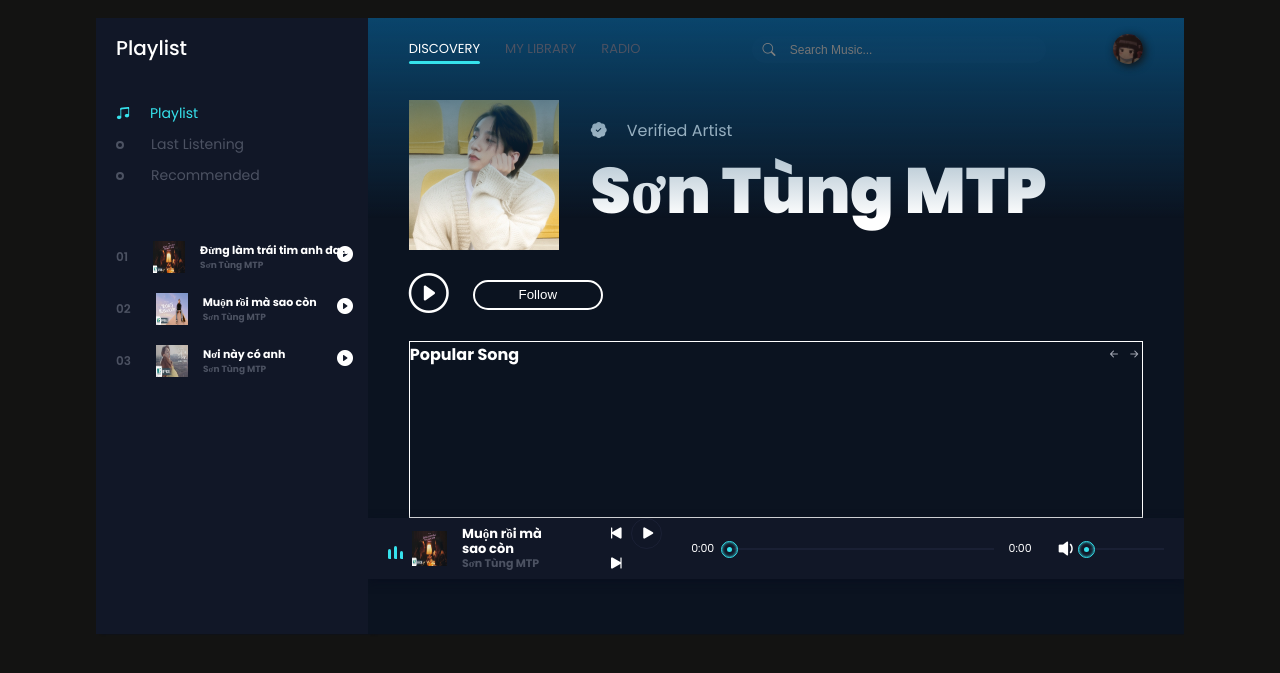
Repository: reminzuetto/Music-Website
Page: index.html
These files come from the project's save history. The page is drawn as it stood at one moment and after the next save; the edit follows.
The browser window is 1280 px wide. The pictures show the whole page.

Above is the page before, as saved 2024-06-11 04:05:01.

### index.html
<!DOCTYPE html>
<html lang="en">
  <head>
    <meta charset="UTF-8" />
    <meta name="viewport" content="width=device-width, initial-scale=1.0" />
    <link rel="stylesheet" href="./style.css" />
    <link
      rel="stylesheet"
      href="https://cdn.jsdelivr.net/npm/bootstrap-icons@1.11.3/font/bootstrap-icons.min.css"
    />
    <title>Music Website</title>
  </head>
  <body>
    <header>
      <div class="menu_side">
        <h1>Playlist</h1>
        <div class="playlist">
          <h4 class="active">
            <span></span><i class="bi bi-music-note-beamed"></i>Playlist
          </h4>
          <h4>
            <span></span><i class="bi bi-music-note-beamed"></i>Last Listening
          </h4>
          <h4>
            <span></span><i class="bi bi-music-note-beamed"></i>Recommended
          </h4>
        </div>
        <div class="menu_song">
          <li class="songItem">
            <span>01</span>
            <img
              src="./MusicThumbnail/DungLamTraiTimAnhDau.jpg"
              alt="DungLamTraiTimAnhDau"
            />
            <h5 class="subtitle">
              Đừng làm trái tim anh đau
              <div class="subtitle">Sơn Tùng MTP</div>
            </h5>
            <i class="bi bi-play-circle-fill"></i>
          </li>
          <li class="songItem">
            <span>02</span>
            <img
              src="./MusicThumbnail/MuonRoiMaSaoCon.jpg"
              alt="MuonRoiMaSaoCon"
            />
            <h5 class="subtitle">
              Muộn rồi mà sao còn
              <div class="subtitle">Sơn Tùng MTP</div>
            </h5>
            <i class="bi bi-play-circle-fill"></i>
          </li>
          <li class="songItem">
            <span>03</span>
            <img src="./MusicThumbnail/NoiNayCoAnh.jpg" alt="NoiNayCoAnh" />
            <h5 class="subtitle">
              Nơi này có anh
              <div class="subtitle">Sơn Tùng MTP</div>
            </h5>
            <i class="bi bi-play-circle-fill"></i>
          </li>
        </div>
      </div>
      <div class="song_side">
        <nav>
          <ul>
            <li>DISCOVERY<span></span></li>
            <li>MY LIBRARY</li>
            <li>RADIO</li>
          </ul>
          <div class="search">
            <i class="bi bi-search"></i>
            <input type="text" placeholder="Search Music..." />
          </div>
          <div class="user">
            <img src="./Picture/Ava.jpg" alt="User" title="Yuuto" />
          </div>
        </nav>
        <div class="content">
          <div class="artistInfos">
            <div class="artistPicture">
              <img src="./ArtistWallPaper/MTP.jpg" alt="" />
            </div>
            <div class="artistInfo">
              <div class="verifiedArtist">
                <i class="bi bi-patch-check-fill"></i>
                <p class="text">Verified Artist</p>
              </div>
              <h1>Sơn Tùng MTP</h1>
            </div>
          </div>
          <div class="buttons">
            <button class="play"><i class="bi bi-play-circle"></i></button>
            <button class="follow">Follow</button>
          </div>
        </div>
        <div class="popular_song">
          <div class="h4">
            <h4>Popular Song</h4>
            <div class="btn_s">
              <i class="bi bi-arrow-left-short"></i>
              <i class="bi bi-arrow-right-short"></i>
            </div>
          </div>
            <div class="pop_song">
        </div>
      </div>

      <div class="master_play">
        <div class="wave">
          <div class="wave1"></div>
          <div class="wave1"></div>
          <div class="wave1"></div>
        </div>
        <img
          src="./MusicThumbnail/DungLamTraiTimAnhDau.jpg"
          alt="DungLamTraiTimAnhDau"
        />
        <h5 class="subtitle">
          Muộn rồi mà sao còn
          <div class="subtitle">Sơn Tùng MTP</div>
        </h5>
        <div class="icon">
          <i class="bi bi-skip-start-fill"></i>
          <i class="bi bi-play-fill"></i>
          <i class="bi bi-skip-end-fill"> </i>
        </div>
        <span class="currentStart">0:00</span>
        <div class="bar">
          <input type="range" id="seek" min="0" value="0" max="100" />
          <div class="bar2"></div>
          <div class="dot"></div>
        </div>
        <span class="currentEnd">0:00</span>

        <div class="vol">
          <i class="bi bi-volume-down-fill"></i>
          <input type="range" id="seek" min="0" value="0" max="100" />
          <div class="vol_bar"></div>
          <div class="dot"></div>
        </div>
      </div>
    </header>
    <script src="./main.js"></script>
  </body>
</html>

### style.css
@import url("https://fonts.googleapis.com/css2?family=Poppins:ital,wght@0,100;0,200;0,300;0,400;0,500;0,600;0,700;0,800;0,900;1,100;1,200;1,300;1,400;1,500;1,600;1,700;1,800;1,900&display=swap");
* {
  padding: 0%;
  margin: 0%;
  box-sizing: border-box;
}

body {
  width: 100%;
  height: 100vh;
  background-color: #131312;
  font-family: "Poppins", "sans-serif";
  display: flex;
  align-items: center;
  justify-content: center;
}

header {
  width: 85%;
  height: 95%;
  /* border: 1px solid #fff; */
  display: flex;
  flex-wrap: wrap;
  overflow: hidden;
}

header .menu_side,
.song_side {
  position: relative;
  width: 25%;
  height: 90%;
  /* border: 1px solid #fff; */
  background-color: #111727;
  box-shadow: 5px 0px 2px #090f1f;
  color: #fff;
}

header .song_side {
  width: 75%;
  background: #0b1320;
}

header .master_play {
  width: 100%;
  height: 10%;
  background: #111727;
  box-shadow: 0px 3px 8px #090f1f;
}

header .menu_side h1 {
  font-size: 20px;
  margin: 15px 0px 0px 20px;
  font-weight: 500;
}

header .menu_side .playlist {
  margin: 40px 0px 0px 20px;
}
header .menu_side .playlist h4 {
  font-size: 14px;
  font-weight: 400;
  padding-bottom: 10px;
  color: #4c5262;
  cursor: pointer;
  display: flex;
  align-items: center;
  transition: 0.3 linear;
}

header .menu_side .playlist h4:hover {
  color: #fff;
}
header .menu_side .playlist h4 span {
  position: relative;
  margin-right: 35px;
}
header .menu_side .playlist h4 span::before {
  content: "";
  position: absolute;
  width: 4px;
  height: 4px;
  border: 2px solid #4c5262;
  border-radius: 50%;
  top: -4px;
  transition: 0.3s linear;
}

header .menu_side .playlist h4:hover span::before:hover {
  border: 2px solid #fff;
}

header .menu_side .playlist h4 .bi {
  display: none;
}

header .menu_side .playlist .active {
  color: #36e2ec;
}

header .menu_side .playlist .active span {
  display: none;
}

header .menu_side .playlist .active .bi {
  display: block;
  margin-right: 20px;
}

header .menu_side .menu_song {
  width: 100%;
  height: 320px;
  /* border: 1px solid #fff; */
  margin-top: 40px;
}
header .menu_side .menu_song li {
  position: relative;
  list-style: none;
  padding: 5px 0px 5px 20px;
  margin-bottom: 10px;
  cursor: pointer;
  transition: 0.3s linear;
  display: flex;
  align-items: center;
}
header .menu_side .menu_song li:hover {
  background: rgb(105, 105, 170, 0.1);
}
header .menu_side .menu_song li span {
  font-size: 12px;
  font-weight: 600;
  color: #4c5262;
}
header .menu_side .menu_song li img {
  width: 32px;
  height: 32px;
  margin-left: 25px;
}

header .menu_side .menu_song li h5 {
  font-size: 11px;
  margin-left: 15px;
}

header .menu_side .menu_song li h5 .subtitle {
  font-size: 9px;
  color: #4c5262;
}

header .menu_side .menu_song li .bi {
  position: absolute;
  right: 15px;
  top: 6px;
}

header .master_play {
  display: flex;
  align-items: center;
  padding: 0 20px;
}

header .master_play .wave {
  width: 30px;
  height: 30px;
  padding-bottom: 5px;
  display: flex;
  align-items: flex-end;
}

header .master_play .wave .wave1 {
  width: 3px;
  height: 10px;
  margin-right: 3px;
  border-radius: 10px 10px 0 10px;
  background: #36e2ec;
  animation: unset;
}

header .master_play .wave .wave1:nth-child(2) {
  /* animation-delay: 0.4s; */
  height: 13px;
}

header .master_play .wave .wave1:nth-child(3) {
  /* animation-delay: 0.8s; */
  height: 8px;
}

/* javascript wave animation class */
header .master_play .active2 .wave1 {
  animation: wave 0.5s linear infinite;
}

header .master_play .active2 .wave1:nth-child(2) {
  animation-delay: 0.4s;
}

header .master_play .active2 .wave1:nth-child(3) {
  animation-delay: 0.8s;
}
@keyframes wave {
  0% {
    height: 10px;
  }
  50% {
    height: 15px;
  }
  100% {
    height: 10px;
  }
}

header .master_play img {
  width: 35px;
  height: 35px;
}

header .master_play h5 {
  width: 130px;
  font-size: 13px;
  margin-left: 15px;
  color: #fff;
  line-height: 15px;
}

header .master_play h5 .subtitle {
  font-size: 11px;
  color: #4c5262;
}

header .master_play .icon {
  font-size: 20px;
  color: #fff;
  margin: 0 20px 0 40px;
}

header .master_play .icon .bi {
  cursor: pointer;
  outline: none;
}

header .master_play .icon .bi:nth-child(2) {
  border: 1px solid rgb(105, 105, 170, 0.1);
  border-radius: 50%;
  padding: 1px 3px 0px 6px;
  transition: 0.3 linear;
}

header .master_play span {
  width: 32px;
  font-size: 11px;
  font-weight: 400;
  color: #fff;
}

header .master_play #currentStart {
  margin: 0 0 0 20px;
}

header .master_play .bar {
  position: relative;
  width: 43%;
  height: 2px;
  background: rgb(105, 105, 170, 0.1);
  margin: 0 15px 0 10px;
}

header .master_play .bar .bar2 {
  position: absolute;
  background: #36e2ec;
  width: 0%;
  height: 100%;
  top: 0;
}

header .master_play .bar .dot {
  position: absolute;
  width: 5px;
  height: 5px;
  background: #36e2ec;
  border-radius: 50%;
  left: 0%;
  top: -1px;
  transition: 1s linear;
}

header .master_play .bar .dot::before {
  content: "";
  position: absolute;
  width: 15px;
  height: 15px;
  border: 1px solid #36e2ec;
  border-radius: 50%;
  left: -6px;
  top: -6px;
  box-shadow: inset 0 0 3px #36e2ec;
}

header .master_play .bar input {
  position: absolute;
  width: 100%;
  top: -6px;
  left: 0;
  cursor: pointer;
  z-index: 999999;
  opacity: 0;
}

header .master_play .vol {
  position: relative;
  width: 100px;
  height: 2px;
  margin-left: 50px;
  background-color: rgb(105, 105, 170, 0.1);
}

header .master_play .vol .bi {
  position: absolute;
  color: #fff;
  font-size: 25px;
  top: -17px;
  left: -30px;
}

header .master_play .vol input {
  position: absolute;
  width: 100%;
  top: -6px;
  left: 0;
  cursor: pointer;
  z-index: 999999;
  opacity: 0;
}

header .master_play .vol .bar2 {
  position: absolute;
  background: #36e2ec;
  width: 0%;
  height: 100%;
  top: 0;
}

header .master_play .vol .dot {
  position: absolute;
  width: 5px;
  height: 5px;
  background: #36e2ec;
  border-radius: 50%;
  left: 0%;
  top: -1px;
  transition: 1s linear;
}

header .master_play .vol .dot::before {
  content: "";
  position: absolute;
  width: 15px;
  height: 15px;
  border: 1px solid #36e2ec;
  border-radius: 50%;
  left: -6px;
  top: -6px;
  box-shadow: inset 0 0 3px #36e2ec;
}

header .song_side {
  z-index: 2;
  overflow: auto;
}

header .song_side::before {
  content: "";
  position: absolute;
  width: 100%;
  height: 200px;
  margin: 0;
  text-align: center;
  line-height: 200px;
  color: white;
  font-size: 24px;
  background: linear-gradient(
    to bottom,
    rgb(10, 69, 108),
    rgba(52, 152, 219, 0)
  );
}

header .song_side nav {
  width: 90%;
  height: 10%;
  margin: auto;
  /* border: 1px solid #fff; */
  display: flex;
  align-items: center;
  justify-content: space-between;
}

header .song_side nav ul {
  display: flex;
}

header .song_side nav ul li {
  position: relative;
  list-style-type: none;
  font-size: 13px;
  color: #4c5262;
  margin-right: 25px;
  cursor: pointer;
  transition: 0.3 linear;
}

header .song_side nav ul li:hover {
  color: #fff;
}

header .song_side nav ul li:nth-child(1) {
  color: #fff;
}

header .song_side nav ul li span {
  position: absolute;
  width: 100%;
  height: 2.5px;
  background: #36e2ec;
  bottom: -5px;
  left: 0;
  border-radius: 20px;
}

header .song_side nav .search {
  position: relative;
  width: 40%;
  padding: 1px 10px;
  border-radius: 20px;
  color: gray;
}

header .song_side nav .search::before {
  content: "";
  position: absolute;
  width: 100%;
  height: 100%;
  border-radius: 20px;
  background: rgb(105, 105, 170, 0.1);
  backdrop-filter: blur(5px);
  z-index: -1;
}

header .song_side nav .search .bi {
  font-size: 13px;
  padding: 3px 0 0 10px;
}

header .song_side nav .search input {
  background: none;
  border: none;
  outline: none;
  padding: 0 10px;
  color: #fff;
  font-size: 12px;
}

header .song_side nav .user {
  position: relative;
  width: 30px;
  height: 30px;
  border-radius: 50%;
  cursor: pointer;
}

header .song_side nav .user img {
  position: absolute;
  width: 100%;
  height: 100%;
  border-radius: 50%;
  box-shadow: 2px 2px 8px #131312;
}

header .song_side .content {
  width: 90%;
  height: 40%;
  margin: auto;
  /* border: 1px solid #fff; */
  padding-top: 20px;
}

header .song_side .content .artistInfos {
  display: flex;
  align-items: center;
}

header .song_side .content .artistInfos .artistPicture img {
  width: 150px;
  height: 150px;
  margin-right: 2rem;
}

header .song_side .content .artistInfos .artistInfo {
  display: flex;
  flex-direction: column;
}

header .song_side .content .artistInfos .artistInfo .verifiedArtist {
  display: flex;
  align-items: center;
}

header .song_side .content .verifiedArtist .text {
  padding-left: 20px;
}

header .song_side .content h1 {
  font-size: 4rem;
  font-weight: 900;
}

header .song_side .content .buttons {
  position: relative;
  margin-top: 15px;
}

header .song_side .content .buttons .play {
  padding: 0;
  position: absolute;
  background: none;
  color: #fff;
  outline: none;
  font-size: 40px;
  border: none;
}

header .song_side .content .buttons .follow {
  position: absolute;
  width: 130px;
  height: 30px;
  border: 2px solid #fff;
  outline: none;
  border-radius: 20px;
  background: none;
  color: #fff;
  left: 4rem;
  top: 0.5rem;
}

header .song_side .content .buttons .play:hover {
  font-size: 45px;
  top: -0.1rem;
  left: -0.1rem;
}

header .song_side .content .buttons .follow:hover {
  color: #000;
  background: #fff;
}

.gradient-box {
  width: 200px;
  height: 200px;
  margin: 20px;
  text-align: center;
  line-height: 200px;
  color: white;
  font-size: 24px;
  background: linear-gradient(
    to bottom,
    rgba(52, 152, 219, 1),
    rgba(52, 152, 219, 0)
  );
  /* Màu xanh nhạt dần từ trên xuống dưới */
}

header .song_side .popular_song {
  width: 90%;
  height: auto;
  border: 1px solid #fff;
  margin: auto;
  margin-top: 15px;
}

header .song_side .popular_song .h4 {
  display: flex;
  align-items: center;
  justify-content: space-between;
}

header .song_side .popular_song .h4 .bi {
  color: #a4a8b4;
  cursor: pointer;
  transition: 0.3 linear;
}

header .song_side .popular_song .h4 .bi:hover {
  color: #fff;
}

header .song_side .popular_song .pop_song {
  width: 100%;
  height: 150px;
}

Loaded but not shown: main.js (no copy from this time; the picture is the same without it)

After the next save:
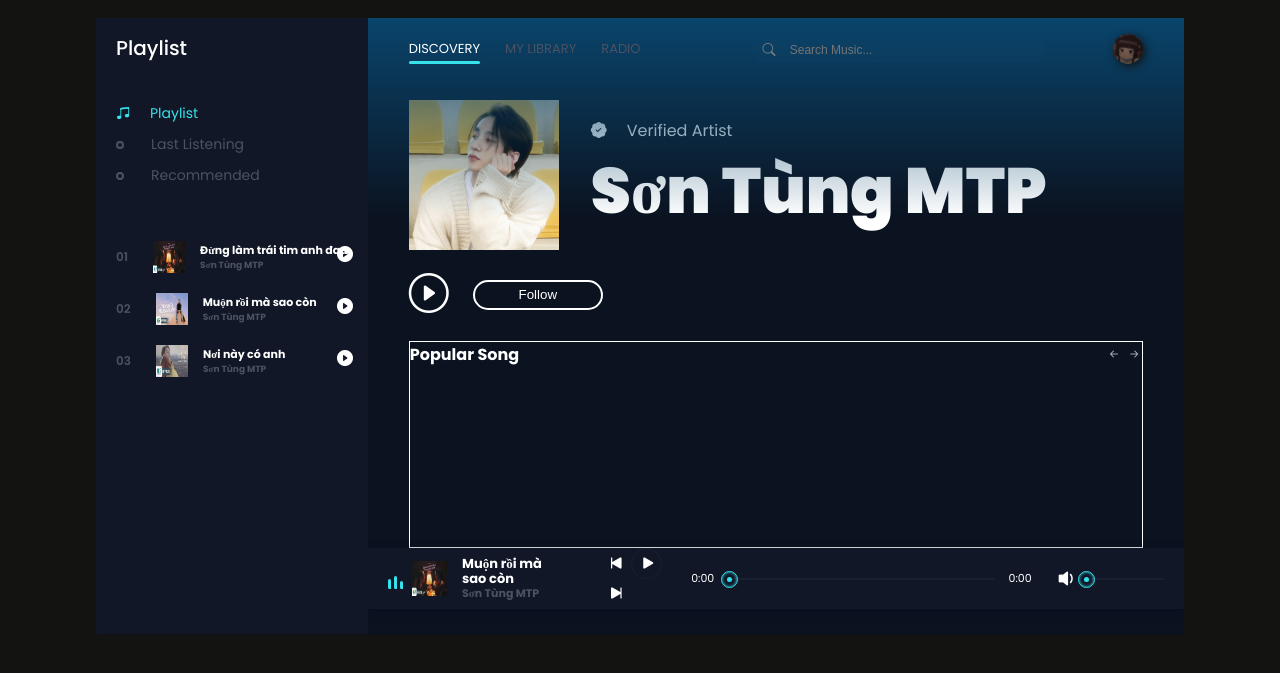
Saved 5 s later.
--- a/style.css
+++ b/style.css
@@ -595,4 +595,5 @@
 header .song_side .popular_song .pop_song {
   width: 100%;
   height: 150px;
-}
+  margin: 15px;
+}
